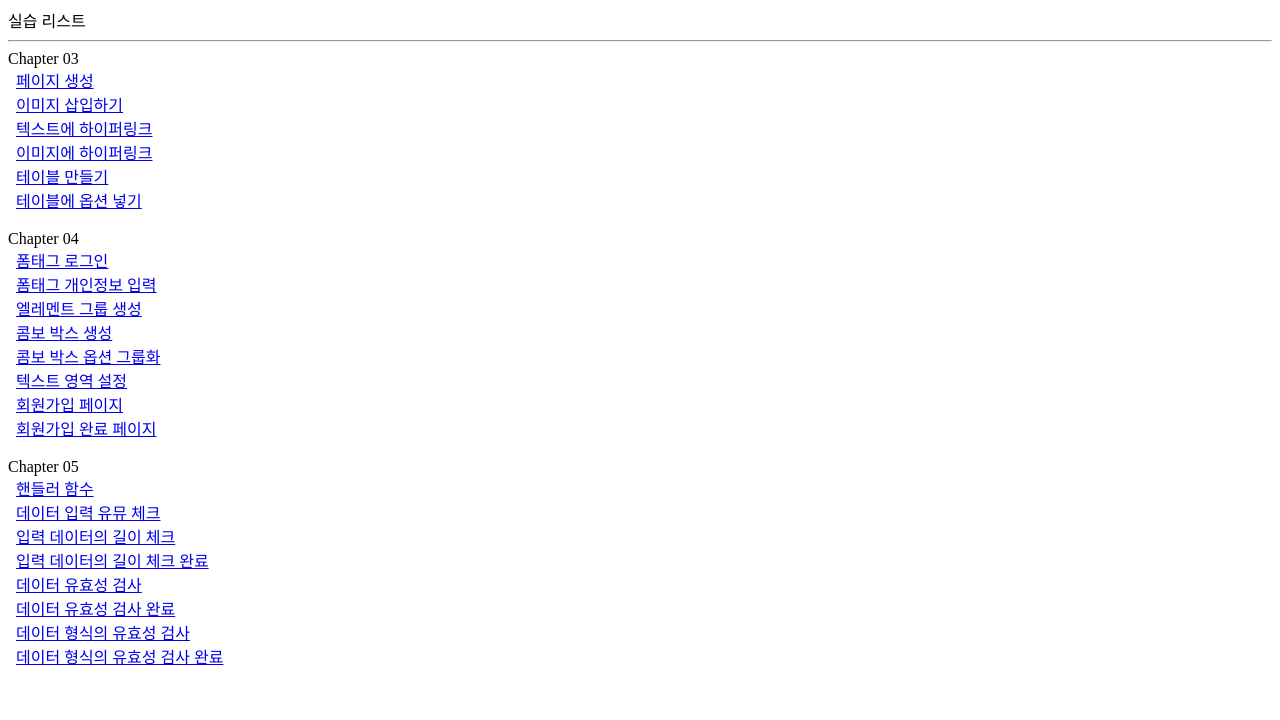
Repository: dhc518/WebProgramming_2023
Page: http://localhost/JSPStudy/List.jsp
These files come from the project's save history. The page is drawn as it stood at one moment and after the next save; the edit follows.
The browser window is 1280 px wide. The pictures show the whole page.
The page is served by Tomcat 9.

Above is the page before, as saved 2023-04-07 04:46:22.

### Project/JSPStudy/src/main/webapp/List.jsp
<%@ page language="java" contentType="text/html; charset=UTF-8"
    pageEncoding="UTF-8"%>
<!DOCTYPE html>
<html>
<head>
<meta charset="UTF-8">
<title>실습 리스트</title>
</head>
<body>
	실습 리스트
	<hr>
	Chapter 03
		<br>&nbsp;	<a href="welcome.jsp" target="_blank">
		페이지 생성</a>
		<br>&nbsp;	<a href="insert_image.jsp" target="_blank">
		이미지 삽입하기</a>
		<br>&nbsp;	<a href="hyperlink_text.jsp" target="_blank">
		텍스트에 하이퍼링크</a>
		<br>&nbsp;	<a href="hyperlink_image.jsp" target="_blank">
		이미지에 하이퍼링크</a>
		<br>&nbsp;	<a href="table_default.jsp" target="_blank">
		테이블 만들기</a>
		<br>&nbsp;	<a href="table_option.jsp" target="_blank">
		테이블에 옵션 넣기</a>
		<br><br>
	Chapter 04
		<br>&nbsp;	<a href="ch04/form_login.jsp" target="_blank">
		폼태그 로그인</a>
		<br>&nbsp;	<a href="ch04/form_input.jsp" target="_blank">
		폼태그 개인정보 입력</a>
		<br>&nbsp;	<a href="ch04/form_element.jsp" target="_blank">
		엘레멘트 그룹 생성</a>
		<br>&nbsp;	<a href="ch04/form_select.jsp" target="_blank">
		콤보 박스 생성</a>
		<br>&nbsp;	<a href="ch04/form_optgroup.jsp" target="_blank">
		콤보 박스 옵션 그룹화</a>
		<br>&nbsp;	<a href="ch04/form_textarea.jsp" target="_blank">
		텍스트 영역 설정</a>
		<br>&nbsp;	<a href="ch04/form_membership01.jsp" target="_blank">
		회원가입 페이지</a>
		<br>&nbsp;	<a href="ch04/form_membership02.jsp" target="_blank">
		회원가입 완료 페이지</a>
		<br><br>
	Chapter 05
		<br>&nbsp;	<a href="ch05/handlerFunction.jsp" target="_blank">
		핸들러 함수</a>
		<br>&nbsp;	<a href="ch05/datainputCheck.jsp" target="_blank">
		데이터 입력 유뮤 체크</a>
		<br>&nbsp;	<a href="ch05/dataLength.jsp" target="_blank">
		입력 데이터의 길이 체크</a>
		<br>&nbsp;	<a href="ch05/dataLength_success.jsp" target="_blank">
		입력 데이터의 길이 체크 완료</a>
		<br>&nbsp;	<a href="ch05/isNaNcheck.jsp" target="_blank">
		데이터 유효성 검사</a>
		<br>&nbsp;	<a href="ch05/isNaNcheck_success.jsp" target="_blank">
		데이터 유효성 검사 완료</a>
		<br>&nbsp;	<a href="ch05/regularExpression.jsp" target="_blank">
		데이터 형식의 유효성 검사</a>
		<br>&nbsp;	<a href="ch05/regularExpression_success.jsp" target="_blank">
		데이터 형식의 유효성 검사 완료</a>
</body>
</html>

After the next save:
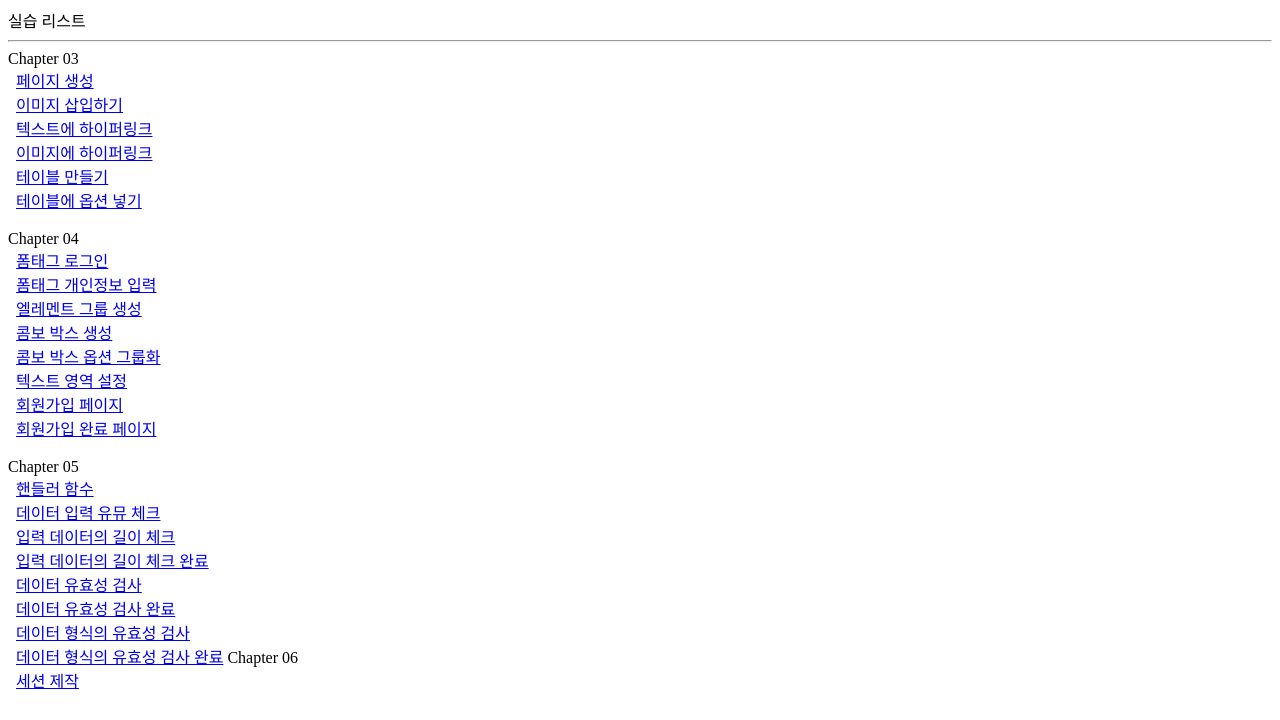
Saved 79 s later.
--- a/Project/JSPStudy/src/main/webapp/List.jsp
+++ b/Project/JSPStudy/src/main/webapp/List.jsp
@@ -58,5 +58,10 @@
 		데이터 형식의 유효성 검사</a>
 		<br>&nbsp;	<a href="ch05/regularExpression_success.jsp" target="_blank">
 		데이터 형식의 유효성 검사 완료</a>
+	Chapter 06
+		<br>&nbsp;	<a href="ch06/sessionCreate.jsp" target="_blank">
+			세션 제작</a>
+
+
 </body>
 </html>
